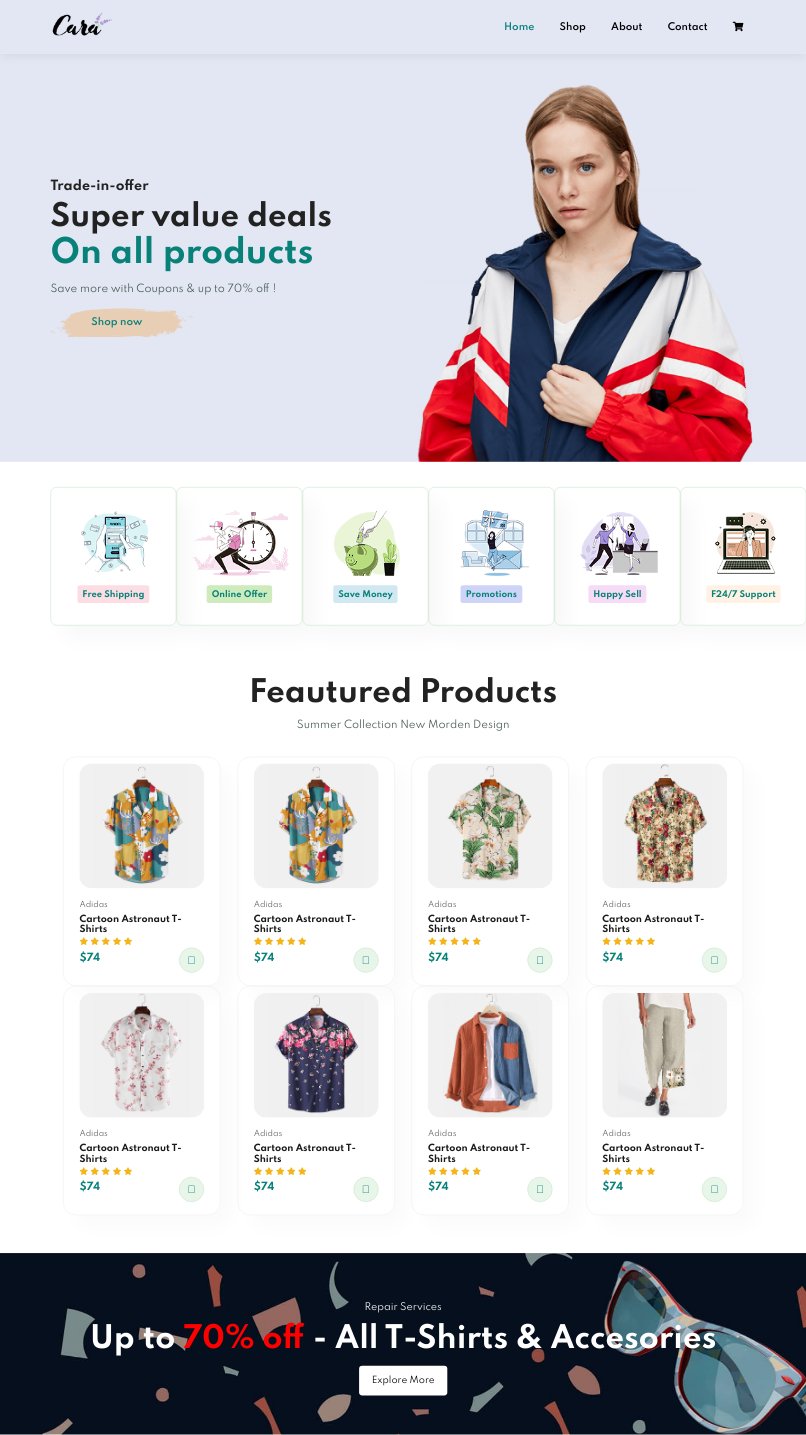
Repository: Daryllgio/E-Commerce-Website-UI
Page: index.html
An editor plug-in stored every save of this project. The page is shown before and after a run of saves, followed by the edit.
The browser window is 1280 px wide. The pictures show the whole page, at 63% of full size.
The pointer rests on the first visible `#banner button`.
Some web libraries are served in a nearby version.

Above is the page before, as saved 2024-12-31 14:25:36.

### index.html
<!DOCTYPE html>
<html lang="en">

<head>
    <meta charset="UTF-8">
    <meta http-equiv="X-UA-Compatible" content="IE=edge">
    <meta name="viewport" content="width=device-width, initial-scale=1.0">
    <title>Tech2etc Ecommerce Tutorial</title>
    <link rel="stylesheet" href="https://pro.fontawesome.com/releases/v5.10.0/css/all.css" />

    <link rel="stylesheet" href="style.css">
</head>

<body>
    <section id="header">
        <a href="#"><img src="img/logo.png" id="logo" class="logo" alt=""></a>

        <div>
            <ul id="navbar">
                <li>
                    <a class="active" href="index.html">Home</a>
                </li>
                <li>
                    <a href="shop.html">Shop</a>
                </li>
                <li>
                    <a href="about.html">About</a>
                </li>
                <li>
                    <a href="contact.html">Contact</a>
                </li>
                <li>
                    <a href="cart.html"><i class="fa fa-shopping-cart" aria-hidden="true"></i></a>
                </li>

            </ul>
        </div>
    </section>

    <section id="HomeHeaderContent">
        <h4>
            Trade-in-offer
        </h4>
        <h2>
            Super value deals
        </h2>
        <h1>
            On all products
        </h1>
        <p>
            Save more with Coupons & up to 70% off !
        </p>
        <button>
            Shop now
        </button>

    </section>

    <section id="Features" class="section-p1">
        <div class="fe-box">
            <img src="img/features/f1.png" alt="">
            <h6>Free Shipping</h6>
        </div>
        <div class="fe-box">
            <img src="img/features/f2.png" alt="">
            <h6>Online Offer</h6>
        </div>
        <div class="fe-box">
            <img src="img/features/f3.png" alt="">
            <h6>Save Money</h6>
        </div>
        <div class="fe-box">
            <img src="img/features/f4.png" alt="">
            <h6>Promotions</h6>
        </div>
        <div class="fe-box">
            <img src="img/features/f5.png" alt="">
            <h6>Happy Sell</h6>
        </div>
        <div class="fe-box">
            <img src="img/features/f6.png" alt="">
            <h6>F24/7 Support</h6>
        </div>
    </section>

    <section id="product1" class="section-p1">
        <h2>
            Feautured Products
        </h2>
        <p>
            Summer Collection New Morden Design
        </p>
        <div class="pro-container">
            <div class="pro">
                <img src="img/products/f1.jpg" alt="">
                <div class="des">
                    <span>Adidas</span>
                    <h5>Cartoon Astronaut T-Shirts</h5>
                    <div class="star">
                        <i class="fas fa-star"></i>
                        <i class="fas fa-star"></i>
                        <i class="fas fa-star"></i>
                        <i class="fas fa-star"></i>
                        <i class="fas fa-star"></i>
                    </div>
                    <div class="Shop">
                        <h4>$74</h4>
                        <a href="#"><i class="fal fa-shopping-cart "></i></a>
                    </div>

                </div>
            </div>

            <div class="pro">
                <img src="img/products/f1.jpg" alt="">
                <div class="des">
                    <span>Adidas</span>
                    <h5>Cartoon Astronaut T-Shirts</h5>
                    <div class="star">
                        <i class="fas fa-star"></i>
                        <i class="fas fa-star"></i>
                        <i class="fas fa-star"></i>
                        <i class="fas fa-star"></i>
                        <i class="fas fa-star"></i>
                    </div>
                    <div class="Shop">
                        <h4>$74</h4>
                        <a href="#"><i class="fal fa-shopping-cart "></i></a>
                    </div>

                </div>
            </div>

            <div class="pro">
                <img src="img/products/f2.jpg" alt="">
                <div class="des">
                    <span>Adidas</span>
                    <h5>Cartoon Astronaut T-Shirts</h5>
                    <div class="star">
                        <i class="fas fa-star"></i>
                        <i class="fas fa-star"></i>
                        <i class="fas fa-star"></i>
                        <i class="fas fa-star"></i>
                        <i class="fas fa-star"></i>
                    </div>
                    <div class="Shop">
                        <h4>$74</h4>
                        <a href="#"><i class="fal fa-shopping-cart "></i></a>
                    </div>

                </div>
            </div>

            <div class="pro">
                <img src="img/products/f3.jpg" alt="">
                <div class="des">
                    <span>Adidas</span>
                    <h5>Cartoon Astronaut T-Shirts</h5>
                    <div class="star">
                        <i class="fas fa-star"></i>
                        <i class="fas fa-star"></i>
                        <i class="fas fa-star"></i>
                        <i class="fas fa-star"></i>
                        <i class="fas fa-star"></i>
                    </div>
                    <div class="Shop">
                        <h4>$74</h4>
                        <a href="#"><i class="fal fa-shopping-cart "></i></a>
                    </div>

                </div>
            </div>

            <div class="pro">
                <img src="img/products/f4.jpg" alt="">
                <div class="des">
                    <span>Adidas</span>
                    <h5>Cartoon Astronaut T-Shirts</h5>
                    <div class="star">
                        <i class="fas fa-star"></i>
                        <i class="fas fa-star"></i>
                        <i class="fas fa-star"></i>
                        <i class="fas fa-star"></i>
                        <i class="fas fa-star"></i>
                    </div>
                    <div class="Shop">
                        <h4>$74</h4>
                        <a href="#"><i class="fal fa-shopping-cart "></i></a>
                    </div>

                </div>
            </div>

            <div class="pro">
                <img src="img/products/f5.jpg" alt="">
                <div class="des">
                    <span>Adidas</span>
                    <h5>Cartoon Astronaut T-Shirts</h5>
                    <div class="star">
                        <i class="fas fa-star"></i>
                        <i class="fas fa-star"></i>
                        <i class="fas fa-star"></i>
                        <i class="fas fa-star"></i>
                        <i class="fas fa-star"></i>
                    </div>
                    <div class="Shop">
                        <h4>$74</h4>
                        <a href="#"><i class="fal fa-shopping-cart "></i></a>
                    </div>

                </div>
            </div>

            <div class="pro">
                <img src="img/products/f6.jpg" alt="">
                <div class="des">
                    <span>Adidas</span>
                    <h5>Cartoon Astronaut T-Shirts</h5>
                    <div class="star">
                        <i class="fas fa-star"></i>
                        <i class="fas fa-star"></i>
                        <i class="fas fa-star"></i>
                        <i class="fas fa-star"></i>
                        <i class="fas fa-star"></i>
                    </div>
                    <div class="Shop">
                        <h4>$74</h4>
                        <a href="#"><i class="fal fa-shopping-cart "></i></a>
                    </div>

                </div>
            </div>

            <div class="pro">
                <img src="img/products/f7.jpg" alt="">
                <div class="des">
                    <span>Adidas</span>
                    <h5>Cartoon Astronaut T-Shirts</h5>
                    <div class="star">
                        <i class="fas fa-star"></i>
                        <i class="fas fa-star"></i>
                        <i class="fas fa-star"></i>
                        <i class="fas fa-star"></i>
                        <i class="fas fa-star"></i>
                    </div>
                    <div class="Shop">
                        <h4>$74</h4>
                        <a href="#"><i class="fal fa-shopping-cart "></i></a>
                    </div>

                </div>
            </div>


        </div>
    </section>

    <section id="banner" class="section-p1">
        <p>Repair Services</p>
        <h2>Up to <span>70% off</span> - All T-Shirts & Accesories</h2>
        <button class="normal">Explore More</button>
    </section>


    <script src="script.js"></script>
</body>

</html>

### style.css
@import url("https://fonts.googleapis.com/css2?family=Spartan:wght@100;200;300;400;500;600;700;800;900&display=swap");

* {
  margin: 0;
  padding: 0;
  box-sizing: border-box;
  font-family: "Spartan", sans-serif;
}

html {
  scroll-behavior: smooth;
}

/* Global Styles */

h1 {
  font-size: 50px;
  line-height: 64px;
  color: #222;
}

h2 {
  font-size: 46px;
  line-height: 54px;
  color: #222;
}

h4 {
  font-size: 20px;
  color: #222;
}

h6 {
  font-weight: 700;
  font-size: 12px;
}

p {
  font-size: 16px;
  color: #465b52;
  margin: 15px 0 20px 0;
}

.section-p1 {
  padding: 40px 80px;
}

.section-m1 {
  margin: 40px 0;
}

button.normal {
  color: #000;
  background-color: #fff;
  font-size: 14px;
  font-weight: 400;
  padding: 15px 20px;
  border-radius: 5px;
  cursor: pointer;
  border: none;
  outline: none;
  transition: 0.3s;
}

body {
  width: 100%;
}

#header {
  display: flex;
  align-items: center;
  justify-content: space-between;
  padding: 20px 80px;
  background: #E3E6F3;
  box-shadow: 0 5px 15px rgba(0, 0, 0, 0.06);
  position: sticky;
  top: 0;
  left: 0;

}



#navbar {
  display: flex;
  align-items: center;
  justify-content: center;
}

#navbar li {
  list-style: none;
  padding: 0px 20px;
}

#navbar li a {
  text-decoration: none;
  font-size: 15px;
  font-weight: 600;
  color: #000;
  transition: 0.3s ease;
}

#navbar li a:hover,
#navbar li a.active {
  color: #088178;
}

#HomeHeaderContent {
  background-image: url("img/hero4.png");
  height: 90vh;
  width: 100%;
  background-size: cover;
  background-position: top 25% right 0;
  padding: 0 80px;
  align-items: flex-start;
  display: flex;
  flex-direction: column;
  justify-content: center;
}

#HomeHeaderContent h4 {
  margin-bottom: 10px;
}

#HomeHeaderContent h1 {
  color: #088178;
}

#HomeHeaderContent button {
  color: #088178;
  background-image: url("img/button.png");
  font-size: 15px;
  font-weight: 600;
  background-color: transparent;
  border: 0;
  padding: 14px 80px 14px 65px;
  background-repeat: no-repeat;
  cursor: pointer;
}

#Features {
  display: flex;
  justify-content: space-between;
}

#Features .fe-box {
  width: 200px;
  text-align: center;
  padding: 35px 25px;
  border: 1px solid #cce7d0;
  box-shadow: 20px 20px 34px rgba(0, 0, 0, 0.03);
  border-radius: 10px;
}

#Features .fe-box:hover {
  box-shadow: 10px 10px 54px rgba(0, 0, 0, 0.1);
}

#Features .fe-box img {
  margin-bottom: 10px;
}

#Features .fe-box h6 {
  font-size: 13px;
  display: inline-block;
  line-height: 1;
  border-radius: 4px;
  color: #088178;
  background-color: #fddde4;
  padding: 9px 8px 6px 8px;
}

#Features .fe-box:nth-child(2) h6 {
  background-color: #cdebbc;
}

#Features .fe-box:nth-child(3) h6 {
  background-color: #d1e8f2;
}

#Features .fe-box:nth-child(4) h6 {
  background-color: #cdd4f8;
}

#Features .fe-box:nth-child(5) h6 {
  background-color: #f6dbf6;
}

#Features .fe-box:nth-child(6) h6 {
  background-color: #fff2e5;
}

#product1 {
  text-align: center;
}

#product1 .pro {
  width: 23%;
  min-width: 250px;
  padding: 10px 25px;
  border: 1px solid #f0f0f0;
  border-radius: 20px;
  cursor: pointer;
  box-shadow: 20px 20px 30px rgba(0, 0, 0, 0.02);
  transition: 0.3s ease;
}

#product1 .pro:hover {
  box-shadow: 20px 20px 30px rgba(0, 0, 0, 0.06);

}

#product1 .pro img {
  width: 100%;
  border-radius: 20px;
}

#product1 .pro .des {
  text-align: start;
  padding: 10px 0;
}

#product1 .pro .des span {
  color: #606063;
  font-size: 12px;
}

#product1 .pro .des h5 {
  color: #1a1a1a;
  font-size: 14px;
  padding-top: 7px;
}

#product1 .pro .des .fa-star {
  color: rgb(243, 181, 25);
  font-size: 12px;
}

#product1 .pro .des h4 {
  font-size: 16px;
  padding-top: 7px;
  font-weight: 700;
  color: #088178;

}

#product1 .pro .Shop {
  display: flex;
  justify-content: space-between;
}

#product1 .pro .des .fa-shopping-cart {
  width: 40px;
  height: 40px;
  line-height: 40px;
  border-radius: 50px;
  font-size: 17px;
  background-color: #e8f6ea;
  font-weight: 500;
  color: #088178;
  border: 1px solid #cce7d0;
  text-align: center;
}

#product1 .pro-container {
  display: flex;
  justify-content: space-between;
  padding: 20px;
  flex-wrap: wrap;
}


#banner {
  background-image: url("img/banner/b2.jpg");
  height: 40vh;
  width: 100%;
  background-size: cover;
  background-position: top 25% right 0;
  padding: 0 80px;
  text-align: center;
  display: flex;
  flex-direction: column;
  align-items: center;
  justify-content: center;
}

#banner p {
  font-size: 15px;
  margin-bottom: 15px;
  font-weight: 400;
  color: #ffffff;
}

#banner h2 {
  color: #fff;
  margin-bottom: 15px;
}

#banner span {
  color: red;
}

Loaded but not shown: script.js (common file)

After the next 2 saves:
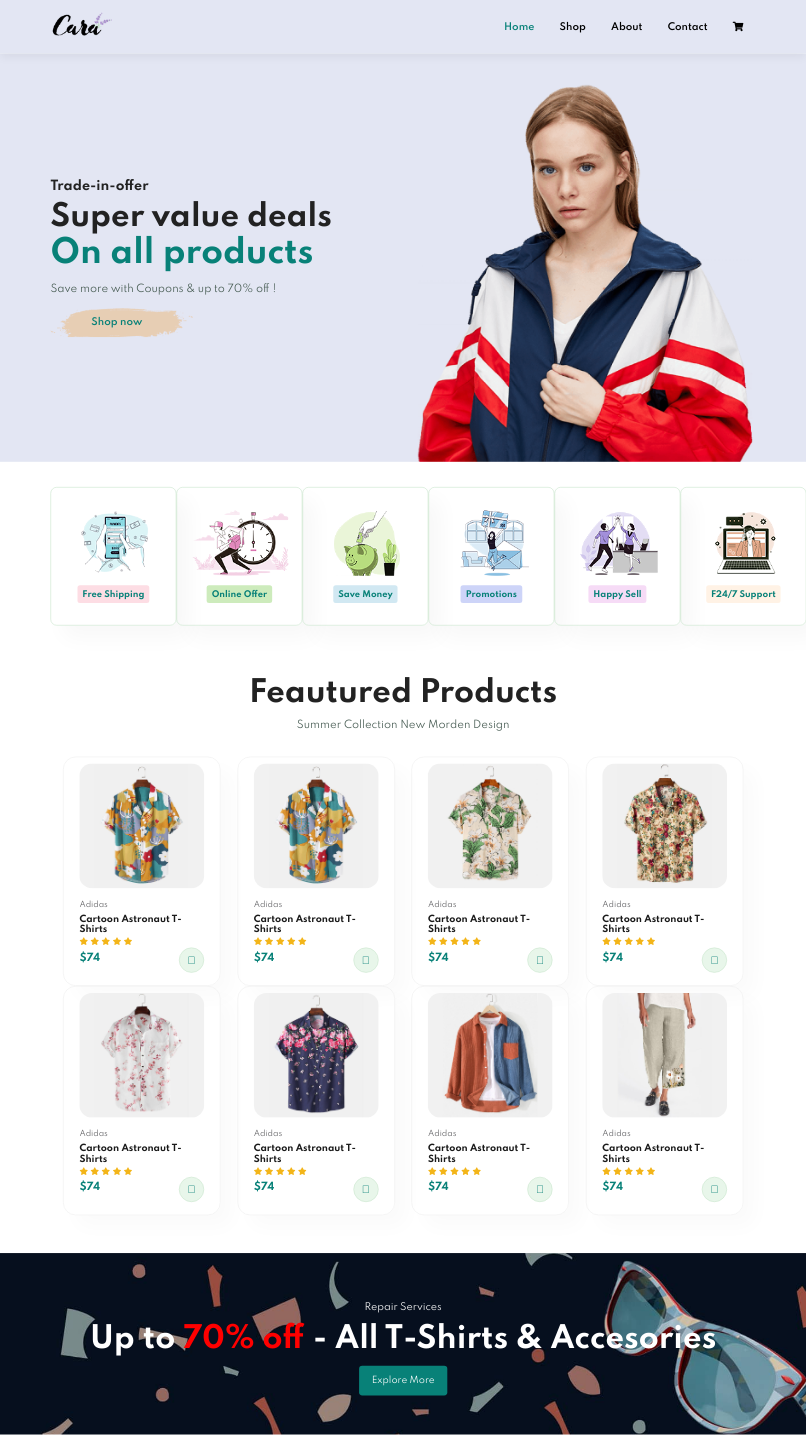
The 2 saves are shown as one change because they came seconds apart.
The last was saved 73 s later.
--- a/style.css
+++ b/style.css
@@ -299,3 +299,8 @@ body {
 #banner span {
   color: red;
 }
+
+#banner button:hover {
+  color: #fff;
+  background-color: #088178;
+}
